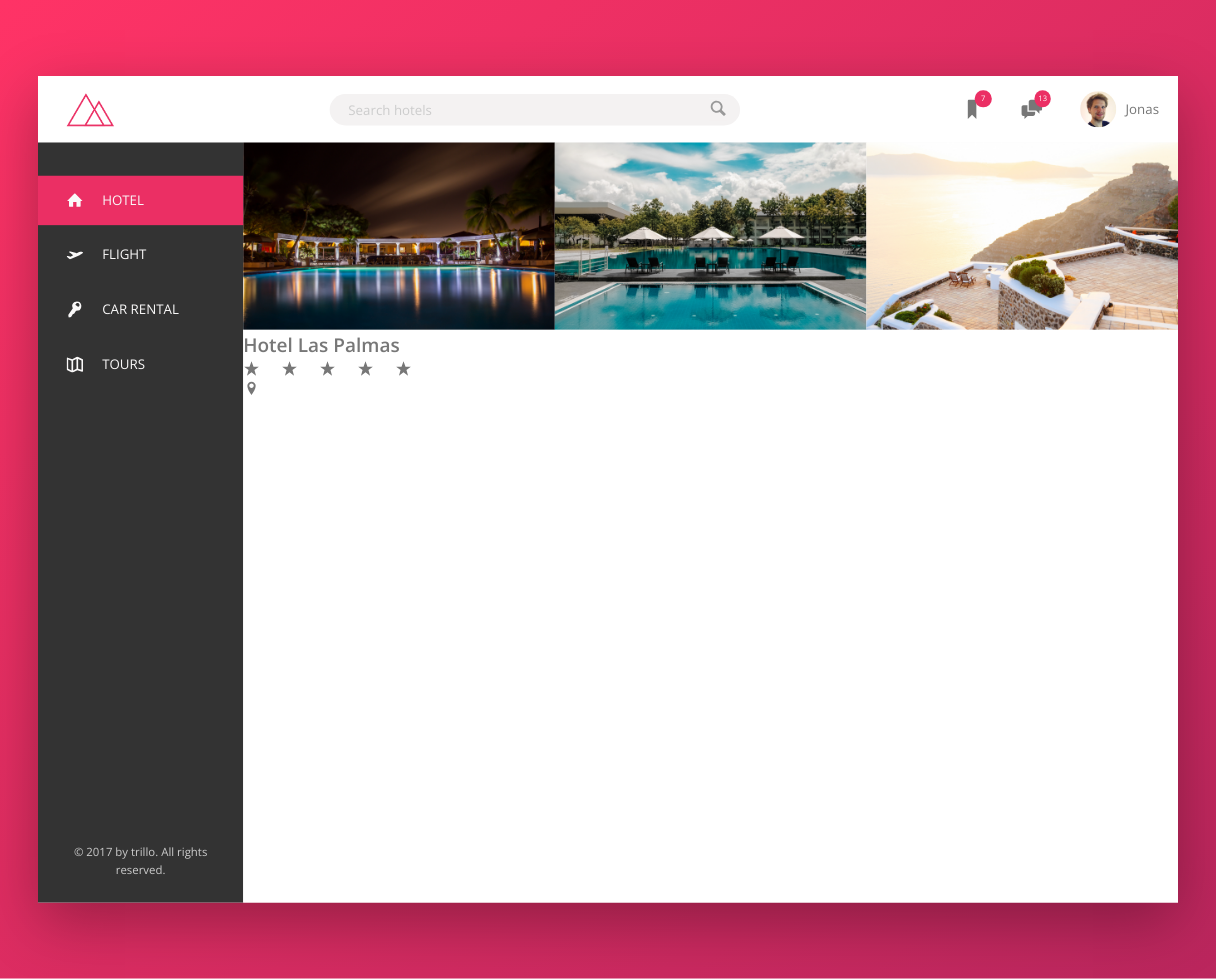
Repository: MalgorzataMazur/Trillo
Page: index.html
An editor plug-in stored every save of this project. The page is shown before and after the next save, followed by the edit.
The browser window is 1280 px wide. The pictures show the whole page, at 95% of full size.
The style sheet was rebuilt from its Sass, Less or Tailwind sources for each picture, by a compiler version that may differ from the author's.

Above is the page before, as saved 2020-03-27 11:50:42.

After the next save:
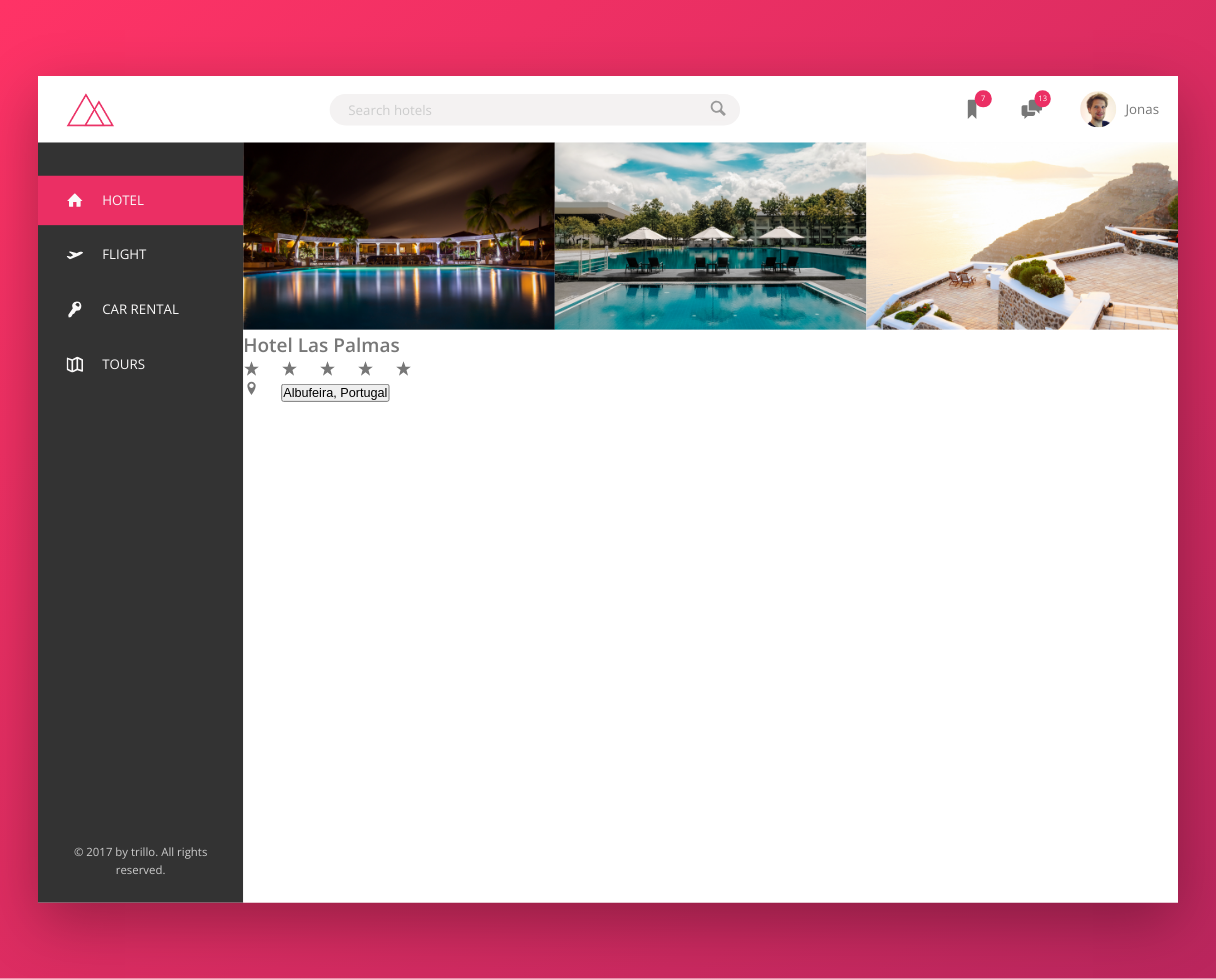
Saved 51 s later.
--- a/index.html
+++ b/index.html
@@ -124,6 +124,7 @@
                             <svg class="side-nav__icon">
                                 <use xlink:href="img/sprite.svg#icon-location-pin"></use>
                             </svg>
+                            <button class="btn-inline">Albufeira, Portugal</button>
                         </div>
                 </main>
             </div>
